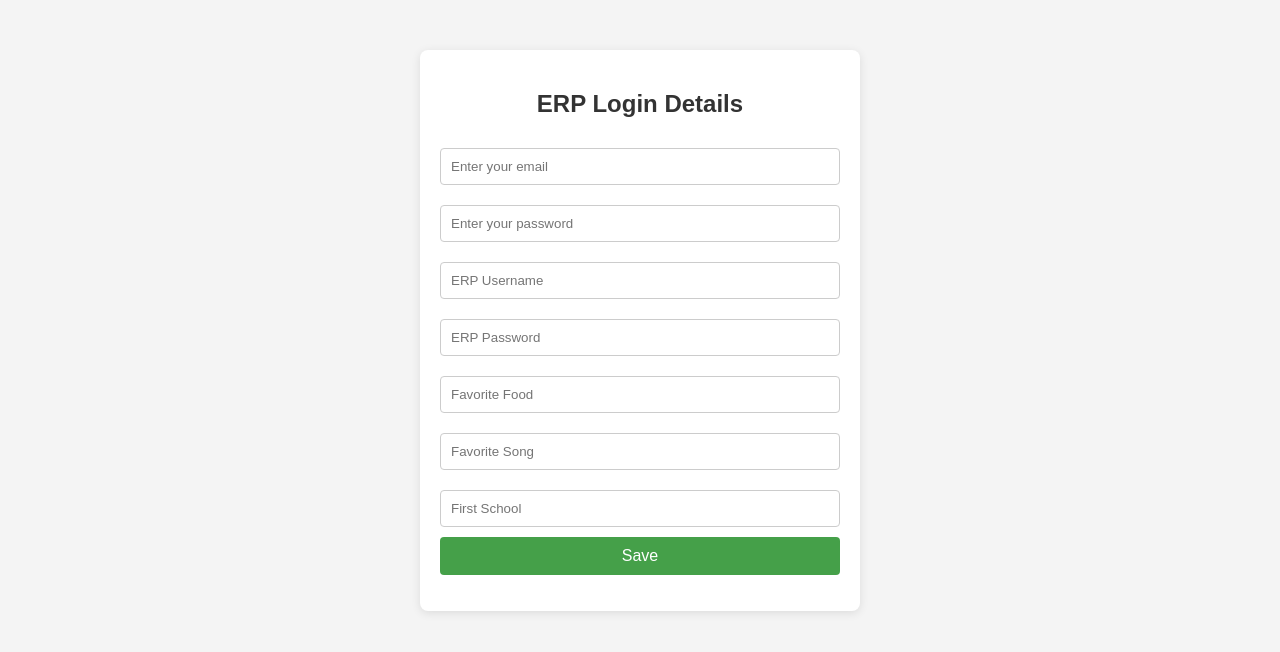
Repository: gopikant21/ERP_AUTO_LOGIN
Page: form.html
The author's editor kept a copy of each file at every save. The page is drawn from the files as they stood at one save, then again after the next save.
The browser window is 1280 px wide. The pictures show the whole page.
The pointer rests on the first visible `button`.

Above is the page before, as saved 2024-10-08 23:52:24.

After the next save:
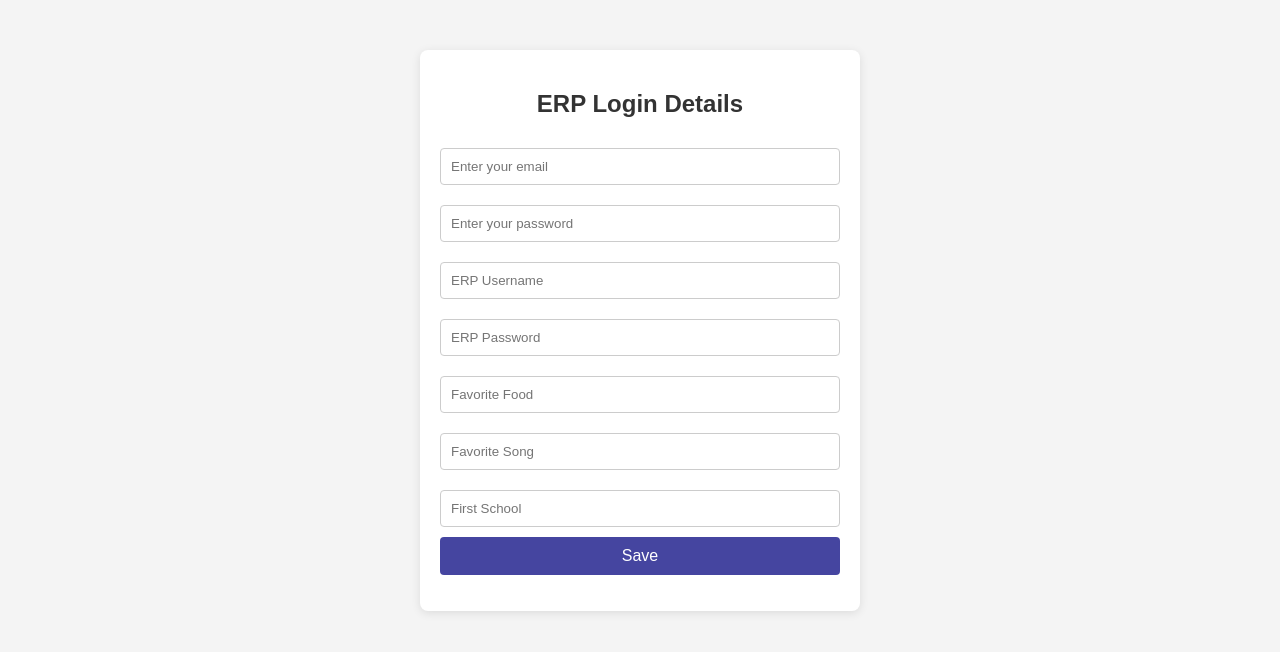
Saved 8 s later.
--- a/form.css
+++ b/form.css
@@ -41,7 +41,7 @@ body {
     transition: background-color 0.3s;
   }
   button:hover {
-    background-color: #45a049;
+    background-color: #4545a0;
   }
   #msg {
     text-align: center;
